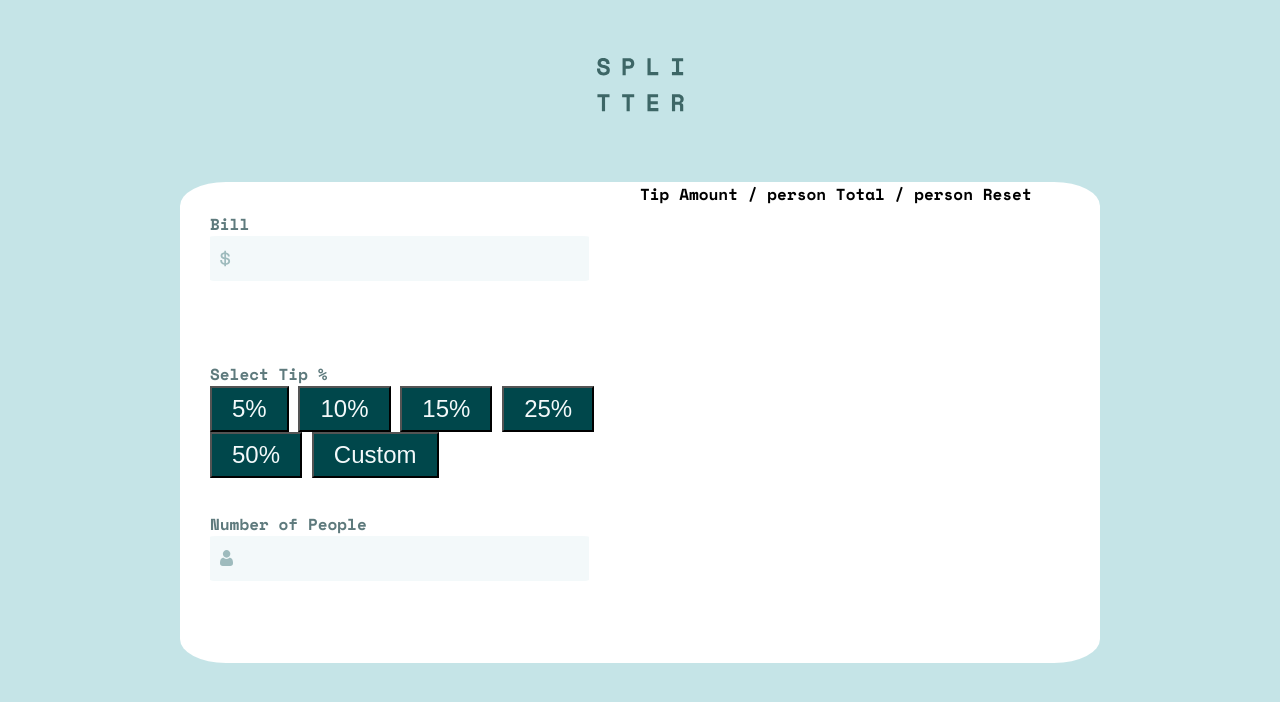
Repository: Arkitecth/tip-calculator
Page: index.html
The author's editor kept a copy of each file at every save. The page is drawn from the files as they stood at one save, then again after the next save.
The browser window is 1280 px wide. The pictures show the whole page.

Above is the page before, as saved 2023-06-09 18:06:04.

After the next save:
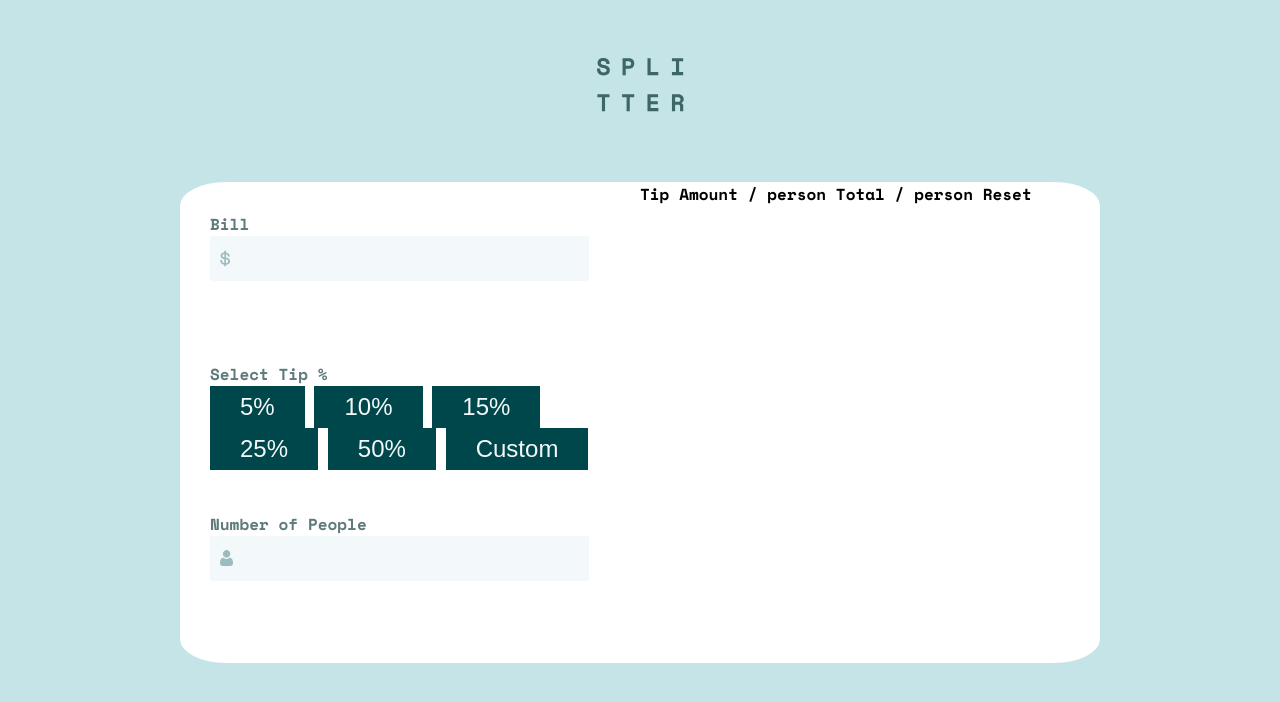
Saved 22 s later.
--- a/styles.css
+++ b/styles.css
@@ -71,10 +71,11 @@
 
 /* Tip Entry */
 .tip-entry input[type="button"] {
-    padding: 7px 20px;
+    padding: 7px 30px;
     background-color:#00474B;
     color: #f3F9FA;
     font-size: 1.5rem;
+    border: none;
 }
 
 
